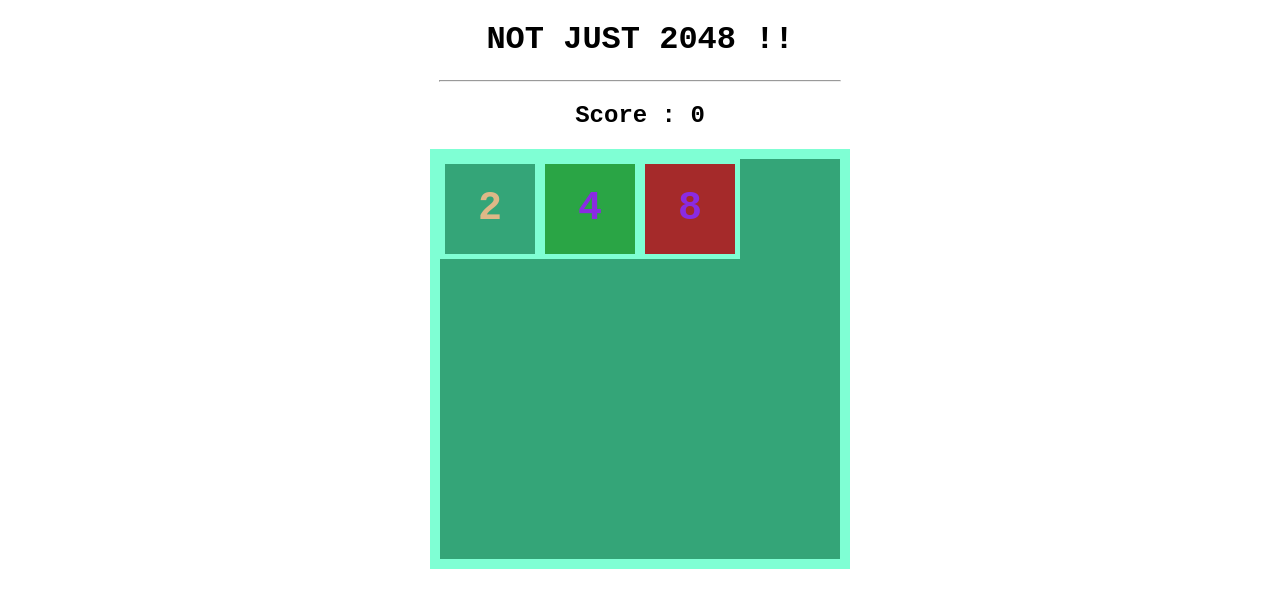
Repository: Prathamyadav1123/2048Game
Page: NotJust2048-main/2048.html
The author's editor kept a copy of each file at every save. The page is drawn from the files as they stood at one save, then again after the next save.
The browser window is 1280 px wide. The pictures show the whole page.

Above is the page before, as saved 2023-05-31 19:55:18.

After the next save:
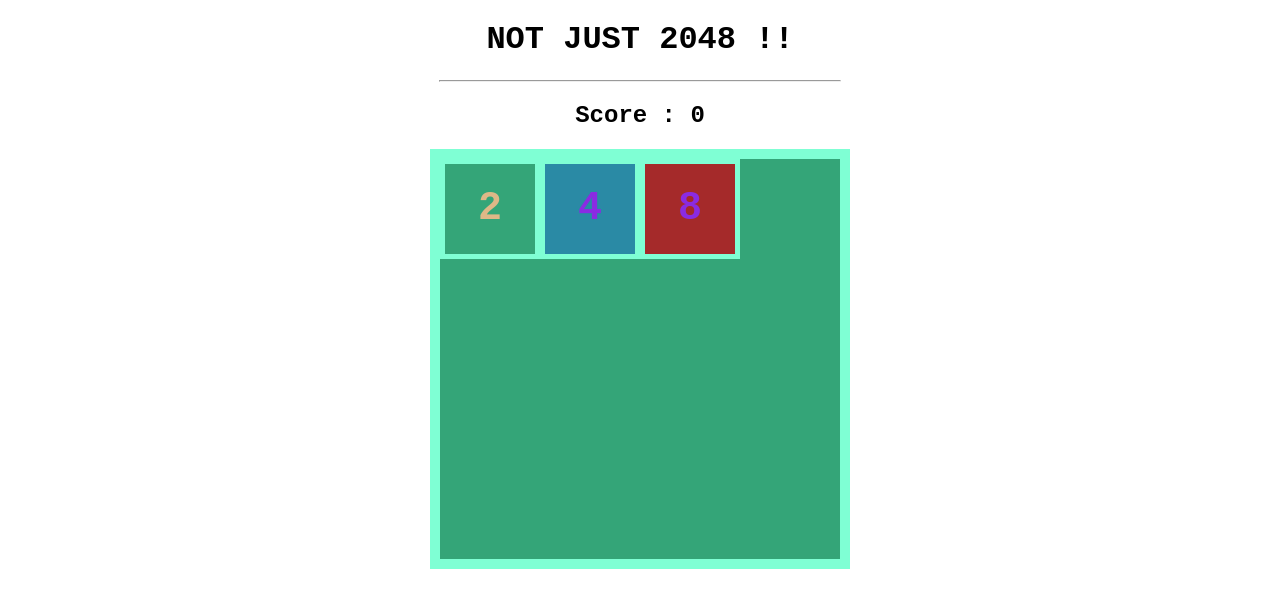
Saved 4 s later.
--- a/NotJust2048-main/2048.css
+++ b/NotJust2048-main/2048.css
@@ -26,7 +26,7 @@ hr{
     align-items: center;
 }
 .x2{
-    background-color: rgb(42, 165, 69);
+    background-color: rgb(42, 138, 165);
     color:blueviolet;
 }
 .x4{
